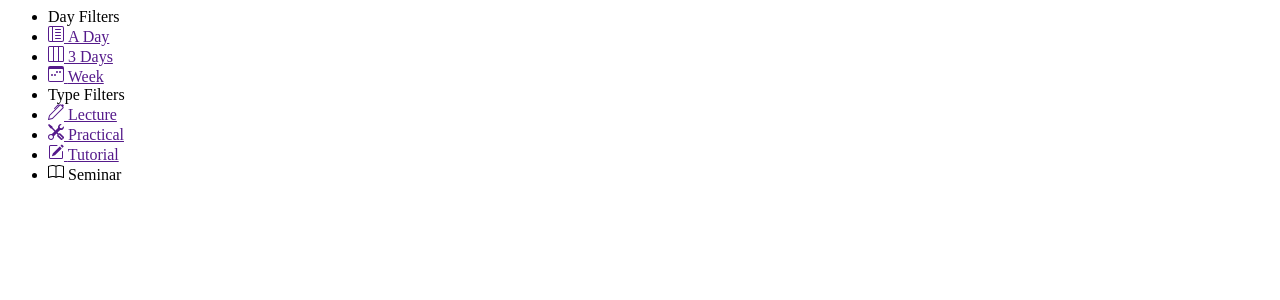
Repository: jackkweyunga/jek-mobile-timetable-v1
Page: src/components/html/sidenav.html
The author's editor kept a copy of each file at every save. The page is drawn from the files as they stood at one save, then again after the next save.
The browser window is 1280 px wide. The pictures show the whole page.

Above is the page before, as saved 2021-10-26 17:14:06.

### src/components/html/sidenav.html
<!-- ======= Sidebar ======= -->

<ul class="sidebar-nav" id="sidebar-nav">

  <li class="nav-heading">Day Filters</li>

  <li class="list-group-item" id="icon_day">
    <a class="nav-link collapsed" href="">
      <i>
        <svg xmlns="http://www.w3.org/2000/svg" width="16" height="16" fill="currentColor"
          class="bi bi-layout-text-sidebar-reverse" viewBox="0 0 16 16">
          <path
            d="M12.5 3a.5.5 0 0 1 0 1h-5a.5.5 0 0 1 0-1h5zm0 3a.5.5 0 0 1 0 1h-5a.5.5 0 0 1 0-1h5zm.5 3.5a.5.5 0 0 0-.5-.5h-5a.5.5 0 0 0 0 1h5a.5.5 0 0 0 .5-.5zm-.5 2.5a.5.5 0 0 1 0 1h-5a.5.5 0 0 1 0-1h5z" />
          <path
            d="M16 2a2 2 0 0 0-2-2H2a2 2 0 0 0-2 2v12a2 2 0 0 0 2 2h12a2 2 0 0 0 2-2V2zM4 1v14H2a1 1 0 0 1-1-1V2a1 1 0 0 1 1-1h2zm1 0h9a1 1 0 0 1 1 1v12a1 1 0 0 1-1 1H5V1z" />
        </svg>
      </i>
      <span>A Day</span>
    </a>
  </li><!-- End Profile Page Nav -->


  <li class="nav-item" id="icon_three_days">
    <a class="nav-link collapsed" href="">
      <i>
        <svg xmlns="http://www.w3.org/2000/svg" width="16" height="16" fill="currentColor"
          class="bi bi-layout-three-columns" viewBox="0 0 16 16">
          <path
            d="M0 1.5A1.5 1.5 0 0 1 1.5 0h13A1.5 1.5 0 0 1 16 1.5v13a1.5 1.5 0 0 1-1.5 1.5h-13A1.5 1.5 0 0 1 0 14.5v-13zM1.5 1a.5.5 0 0 0-.5.5v13a.5.5 0 0 0 .5.5H5V1H1.5zM10 15V1H6v14h4zm1 0h3.5a.5.5 0 0 0 .5-.5v-13a.5.5 0 0 0-.5-.5H11v14z" />
        </svg>
      </i>
      <span>3 Days</span>
    </a>
  </li>

  <li class="nav-item" id="icon_week">
    <a class="nav-link collapsed" href="">
      <i> <svg xmlns="http://www.w3.org/2000/svg" width="16" height="16" fill="currentColor"
          class="bi bi-calendar3-week" viewBox="0 0 16 16">
          <path
            d="M14 0H2a2 2 0 0 0-2 2v12a2 2 0 0 0 2 2h12a2 2 0 0 0 2-2V2a2 2 0 0 0-2-2zM1 3.857C1 3.384 1.448 3 2 3h12c.552 0 1 .384 1 .857v10.286c0 .473-.448.857-1 .857H2c-.552 0-1-.384-1-.857V3.857z" />
          <path
            d="M12 7a1 1 0 1 0 0-2 1 1 0 0 0 0 2zm-5 3a1 1 0 1 0 0-2 1 1 0 0 0 0 2zm2-3a1 1 0 1 0 0-2 1 1 0 0 0 0 2zm-5 3a1 1 0 1 0 0-2 1 1 0 0 0 0 2z" />
        </svg></i>
      <span>Week</span>
    </a>
  </li>
  <!-- End # Day Nav -->

  <li class="nav-heading">Type Filters</li>


  <li class="nav-item" id="icon_lectures">
    <a class="nav-link collapsed" href="">
      <i><svg xmlns="http://www.w3.org/2000/svg" width="16" height="16" fill="currentColor" class="bi bi-pen"
          viewBox="0 0 16 16">
          <path
            d="m13.498.795.149-.149a1.207 1.207 0 1 1 1.707 1.708l-.149.148a1.5 1.5 0 0 1-.059 2.059L4.854 14.854a.5.5 0 0 1-.233.131l-4 1a.5.5 0 0 1-.606-.606l1-4a.5.5 0 0 1 .131-.232l9.642-9.642a.5.5 0 0 0-.642.056L6.854 4.854a.5.5 0 1 1-.708-.708L9.44.854A1.5 1.5 0 0 1 11.5.796a1.5 1.5 0 0 1 1.998-.001zm-.644.766a.5.5 0 0 0-.707 0L1.95 11.756l-.764 3.057 3.057-.764L14.44 3.854a.5.5 0 0 0 0-.708l-1.585-1.585z" />
        </svg></i>
      <span>Lecture</span>
    </a>
  </li>

  <li class="nav-item" id="icon_practicals">
    <a class="nav-link collapsed" href="">
      <i> <svg xmlns="http://www.w3.org/2000/svg" width="16" height="16" fill="currentColor" class="bi bi-tools"
          viewBox="0 0 16 16">
          <path
            d="M1 0 0 1l2.2 3.081a1 1 0 0 0 .815.419h.07a1 1 0 0 1 .708.293l2.675 2.675-2.617 2.654A3.003 3.003 0 0 0 0 13a3 3 0 1 0 5.878-.851l2.654-2.617.968.968-.305.914a1 1 0 0 0 .242 1.023l3.356 3.356a1 1 0 0 0 1.414 0l1.586-1.586a1 1 0 0 0 0-1.414l-3.356-3.356a1 1 0 0 0-1.023-.242L10.5 9.5l-.96-.96 2.68-2.643A3.005 3.005 0 0 0 16 3c0-.269-.035-.53-.102-.777l-2.14 2.141L12 4l-.364-1.757L13.777.102a3 3 0 0 0-3.675 3.68L7.462 6.46 4.793 3.793a1 1 0 0 1-.293-.707v-.071a1 1 0 0 0-.419-.814L1 0zm9.646 10.646a.5.5 0 0 1 .708 0l3 3a.5.5 0 0 1-.708.708l-3-3a.5.5 0 0 1 0-.708zM3 11l.471.242.529.026.287.445.445.287.026.529L5 13l-.242.471-.026.529-.445.287-.287.445-.529.026L3 15l-.471-.242L2 14.732l-.287-.445L1.268 14l-.026-.529L1 13l.242-.471.026-.529.445-.287.287-.445.529-.026L3 11z" />
        </svg></i>
      <span>Practical</span>
    </a>
  </li>

  <li class="nav-item" id="icon_tutorials">
    <a class="nav-link collapsed" href="">
      <i><svg xmlns="http://www.w3.org/2000/svg" width="16" height="16" fill="currentColor" class="bi bi-pencil-square"
          viewBox="0 0 16 16">
          <path
            d="M15.502 1.94a.5.5 0 0 1 0 .706L14.459 3.69l-2-2L13.502.646a.5.5 0 0 1 .707 0l1.293 1.293zm-1.75 2.456-2-2L4.939 9.21a.5.5 0 0 0-.121.196l-.805 2.414a.25.25 0 0 0 .316.316l2.414-.805a.5.5 0 0 0 .196-.12l6.813-6.814z" />
          <path fill-rule="evenodd"
            d="M1 13.5A1.5 1.5 0 0 0 2.5 15h11a1.5 1.5 0 0 0 1.5-1.5v-6a.5.5 0 0 0-1 0v6a.5.5 0 0 1-.5.5h-11a.5.5 0 0 1-.5-.5v-11a.5.5 0 0 1 .5-.5H9a.5.5 0 0 0 0-1H2.5A1.5 1.5 0 0 0 1 2.5v11z" />
        </svg></i>
      <span>Tutorial</span>
    </a>
  </li>

  <li class="nav-item nav-link" id="icon_seminars">
      <i><svg xmlns="http://www.w3.org/2000/svg" width="16" height="16" fill="currentColor" class="bi bi-book"
          viewBox="0 0 16 16">
          <path
            d="M1 2.828c.885-.37 2.154-.769 3.388-.893 1.33-.134 2.458.063 3.112.752v9.746c-.935-.53-2.12-.603-3.213-.493-1.18.12-2.37.461-3.287.811V2.828zm7.5-.141c.654-.689 1.782-.886 3.112-.752 1.234.124 2.503.523 3.388.893v9.923c-.918-.35-2.107-.692-3.287-.81-1.094-.111-2.278-.039-3.213.492V2.687zM8 1.783C7.015.936 5.587.81 4.287.94c-1.514.153-3.042.672-3.994 1.105A.5.5 0 0 0 0 2.5v11a.5.5 0 0 0 .707.455c.882-.4 2.303-.881 3.68-1.02 1.409-.142 2.59.087 3.223.877a.5.5 0 0 0 .78 0c.633-.79 1.814-1.019 3.222-.877 1.378.139 2.8.62 3.681 1.02A.5.5 0 0 0 16 13.5v-11a.5.5 0 0 0-.293-.455c-.952-.433-2.48-.952-3.994-1.105C10.413.809 8.985.936 8 1.783z" />
        </svg></i>
      <span>Seminar</span>
  </li>
  <!-- End other Filters Nav -->

</ul>

<!-- End Sidebar-->

After the next save:
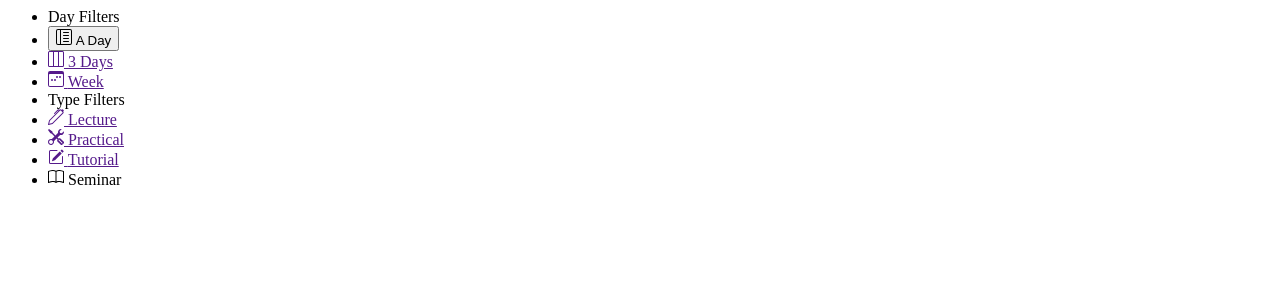
Saved 5 s later.
--- a/src/components/html/sidenav.html
+++ b/src/components/html/sidenav.html
@@ -5,7 +5,7 @@
   <li class="nav-heading">Day Filters</li>
 
   <li class="list-group-item" id="icon_day">
-    <a class="nav-link collapsed" href="">
+    <button class="nav-link collapsed" href="">
       <i>
         <svg xmlns="http://www.w3.org/2000/svg" width="16" height="16" fill="currentColor"
           class="bi bi-layout-text-sidebar-reverse" viewBox="0 0 16 16">
